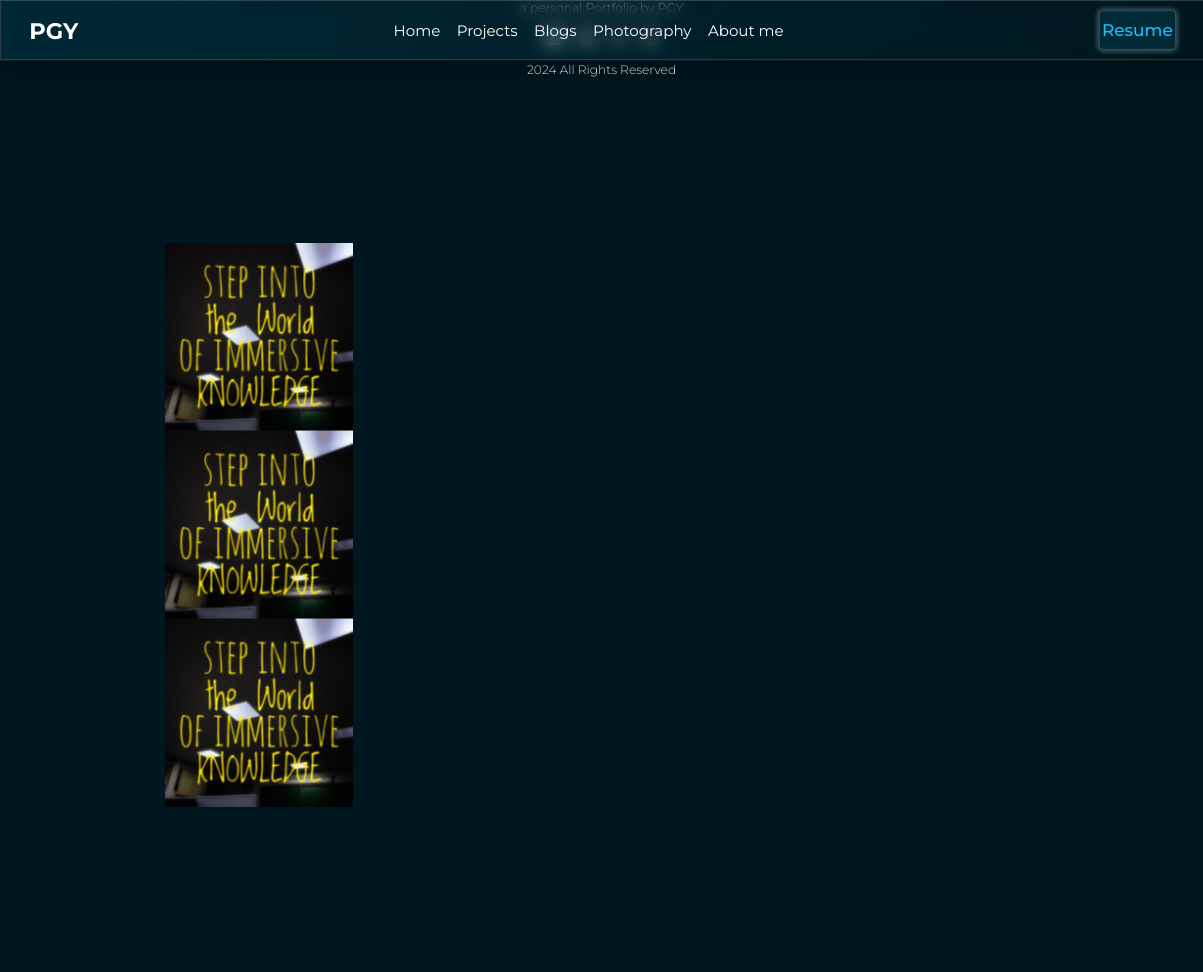
Repository: pgyunknown/pgyunknown
Page: photography.html
These files come from the project's save history. The page is drawn as it stood at one moment and after the next save; the edit follows.
The browser window is 1280 px wide. The pictures show the whole page, at 94% of full size.
Some web libraries are served in a nearby version.

Above is the page before, as saved 2024-08-22 10:42:14.

After the next save:
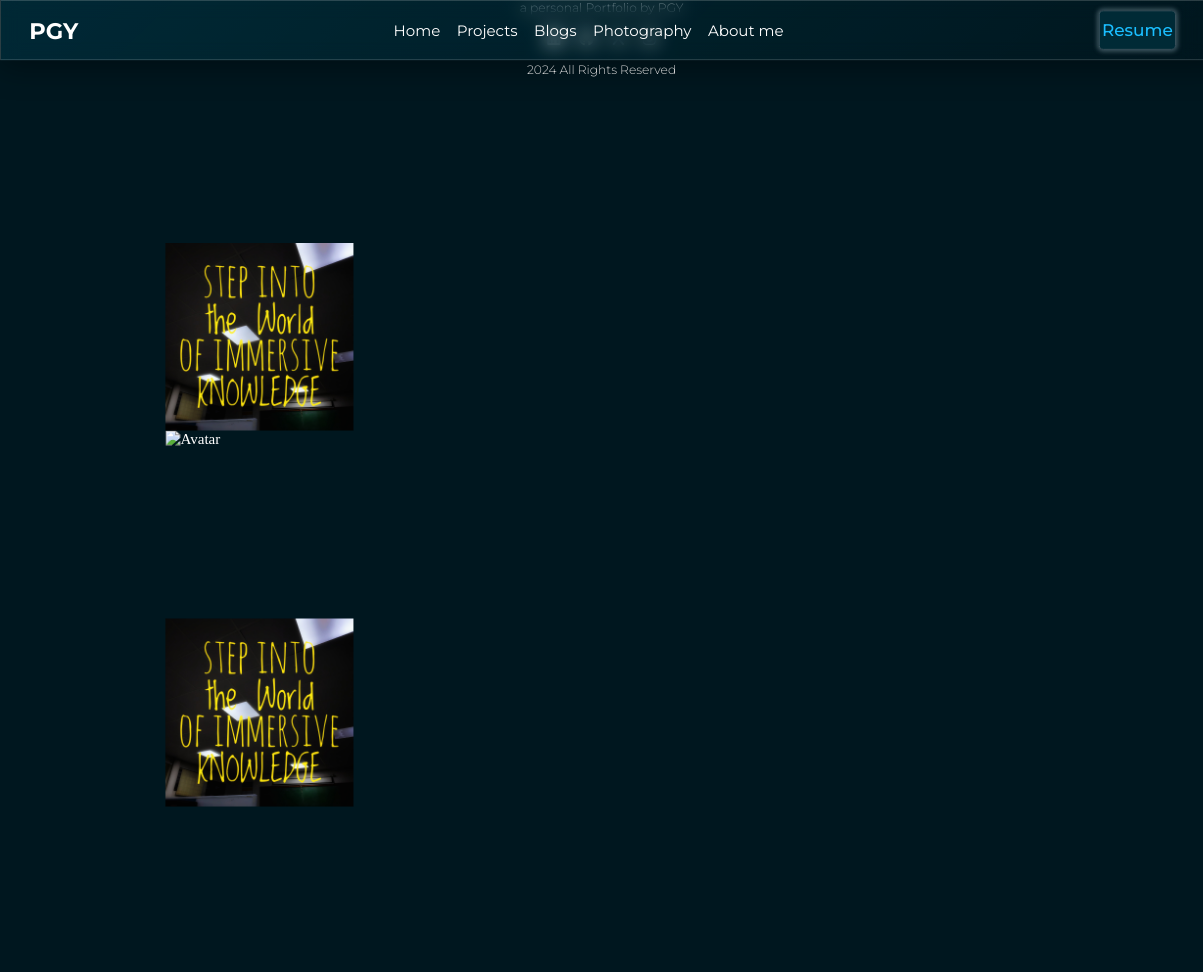
Saved 5 s later.
--- a/photography.html
+++ b/photography.html
@@ -46,7 +46,7 @@
   <div class="overlay">
     <div class="text">Hello World</div>
   </div>
-  <img src="imgs/professional.jpg" alt="Avatar" class="image">
+  <img src="" alt="Avatar" class="image">
   <div class="overlay">
     <div class="text">Hello World</div>
   </div>
